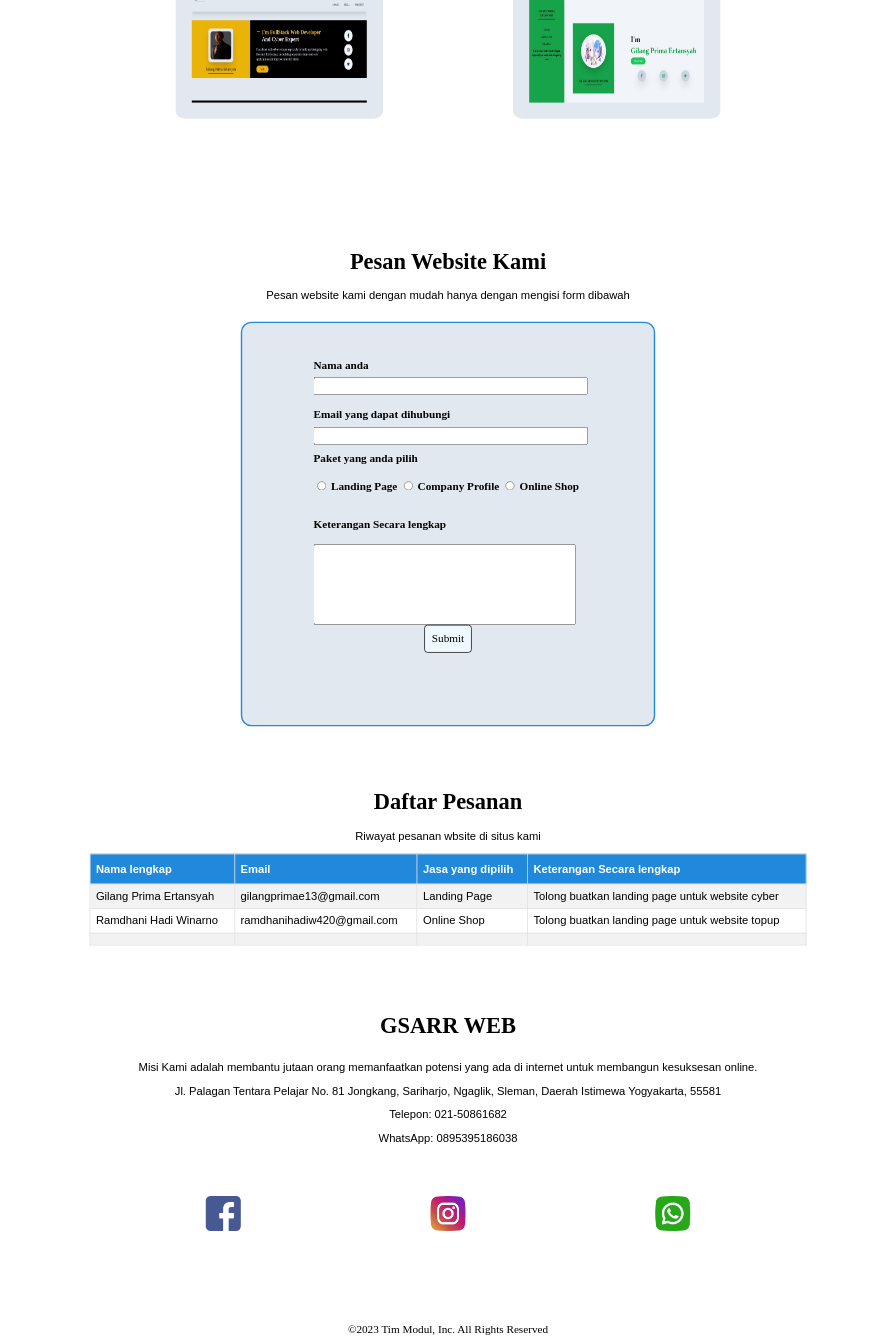
Repository: zecht12/TimModul
Page: TimModul.html
The author's editor kept a copy of each file at every save. The page is drawn from the files as they stood at one save, then again after a run of saves.
The browser window is 1280 px wide. The pictures show the part of the page from y = 2552 to 4472 px (the page is 4472 px tall before and 4378 px after), at 70% of full size.

Above is the page before, as saved 2023-04-27 19:21:55.

### TimModul.html
<!DOCTYPE html>
<html lang="en">
<head>
    <meta charset="UTF-8">
    <meta http-equiv="X-UA-Compatible" content="IE=edge">
    <meta name="viewport" content="width=device-width, initial-scale=1.0">
    <link rel="stylesheet" href="style.css">
    <script src="script.js"></script>
    <title>Jasa Coding</title>
</head>
<body>
    <div style="height: 80px; width: 100%; background-color: white;">
        <header>
            <img src="./assets/wallpaper.jpg" alt="Image" style="height: 50px; width: 50px; border-radius: 100%;" >
            <ul class="nav_links">
                <li><a href="#">Home</a></li>
                <li><a href="#Paket">Harga</a></li>
                <li><a href="#Produk">Produk</a></li>
                <li><a href="#Forms">Form</a></li>
                <li><a href="#Dokumen">Dokumen</a></li>
            </ul>
        </headers>
    </div>
    <div style="background-image: url(./assets/bg.jpg); background-size: cover; background-position: top; width: 100%; height: 120vh; background-repeat: no-repeat; background-position: center;">
        <div style="display: flex; justify-content: center; align-items: center; padding: 5%; width: auto; height: auto;">
            <div style="height: auto; width: 70%; display: flex ; justify-content: center; align-items: center;">
                <div>
                    <div style=" display: flex; justify-content: center; align-items: center;">
                        <p style="text-align: center; color: white; font-size: 50px; font-weight: bold; width: 80%;">Jasa Pembuatan Website untuk Segala Kebutuhan Anda!</p>
                    </div>
                    <div style=" display: flex; justify-content: center; align-items: center; ">
                        <p style="text-align: center; color: white; font-size: large; width: 80%; ">Ingin wujudkan website impian tanpa ribet? Kami siap membantu Anda! Tersedia layanan jasa pembuatan website murah dan berkualitas dengan fitur terlengkap!</p>
                    </div>
                    <div style=" display: flex; justify-content: space-evenly; align-items: center;">
                        <div style=" display: flex; justify-content: center; align-items: center; gap: 5px;">
                            <img src="./assets/check.png" alt="check" width="30px" height="30px">
                            <p style="text-align: center; color: white; font-size: medium;">Proses Cepat</p>
                        </div>
                        <div style=" display: flex; justify-content: center; align-items: center; gap: 5px;">
                            <img src="./assets/check.png" alt="check" width="30px" height="30px">
                            <p style="text-align: center; color: white; font-size: medium">Harga Terjangkau</p>
                        </div>
                        <div style=" display: flex; justify-content: center; align-items: center; gap: 5px;">
                            <img src="./assets/check.png" alt="check" width="30px" height="30px">
                            <p style="text-align: center; color: white; font-size: medium;">Website Profesional</p>
                        </div>
                    </div>
                    <div style=" display: flex; justify-content: center; align-items: center; width: auto; height: auto;">
                        <p style="text-align: center; color: white; font-size: xx-large; font-weight: bold;">GSARR WEB</p>
                    </div>
                    <div style=" display: flex; justify-content: center; align-items: center; width: auto; height: auto;">
                        <a class="button1" href="#Paket" style="width: 200px; height: 50px; display: flex; justify-content: center; align-items: center; border-radius: 15px; background: #fff; color: #000; border: 2px solid #fff; cursor: pointer;">
                            Lihat Penawaran
                        </a>
                    </div>
                </div>
            </div>
        </div>
    </div>
    <div class="Paket" id="Paket" style="width: 100%; height: 120vh;">
        <p style="text-align: center; font-size: xx-large; font-weight: bold;">Harga Paket Jasa Pembuatan Website</p>
        <p style="text-align: center; font-size: medium; font-weight: bold; ">Tak perlu biaya mahal, Niagaweb menghadirkan jasa pembuatan website dengan harga terjangkau, fitur terbaik, dan layanan support nomor satu!</p>
        <div style="padding-left: 5%; padding-right: 5%;padding-top: 2%;display: flex;justify-content: space-evenly; align-items: center;" >
            <div style="padding: 2%; background-color: #e8ebf0; border-radius: 5%; height: 600px; width: 300px;">
                <p style="color: rgb(49, 49, 49); font-weight: bold; font-size: larger;">Landing Page</p>
                <p style="color: gray; font-weight: bold; font-size: medium;">Mulai dari:</p>
                <p style="color: #2089dc; font-size: xx-large; font-weight: bold; margin: auto; padding-bottom: 4%;">Rp 750.000</p>
                <div style="display: flex; justify-content: center; align-items: center;">
                    <a class="button1" href="#Forms" style="width: 200px; height: 50px; display: flex; justify-content: center; align-items: center; border-radius: 15px; background: transparent; color: #2089dc; border: 2px solid #2089dc; cursor: pointer;">
                        Checkout
                    </a>
                </div>
                <p style="color: gray; font-weight: bold; font-size: medium;">Bangun landing page dengan desain profesional! Biaya website terjangkau dengan fitur terbaik cocok untuk memulai bisnis online Anda.</p>
                <div style=" display: flex; justify-content: start; align-items: center; gap: 2px;">
                    <img src="./assets/check.png" alt="check" width="20px" height="20px">
                    <p style="color: black; font-size: medium;">Gratis Hosting dan Domain</p>
                </div>
                <div style=" display: flex; justify-content: start; align-items: center; gap: 2px;">
                    <img src="./assets/check.png" alt="check" width="20px" height="20px">
                    <p style="color: black; font-size: medium;">30 Pilihan Tema</p>
                </div>
                <div style=" display: flex; justify-content: start; align-items: center; gap: 2px;">
                    <img src="./assets/check.png" alt="check" width="20px" height="20px">
                    <p style="color: black; font-size: medium;">Free Maintenance di Bulan Pertama</p>
                </div>
                <div style=" display: flex; justify-content: start; align-items: center; gap: 2px;">
                    <img src="./assets/check.png" alt="check" width="20px" height="20px">
                    <p style="color: black; font-size: medium;">SEO Friendly</p>
                </div>
                <div style=" display: flex; justify-content: start; align-items: center; gap: 2px;">
                    <img src="./assets/check.png" alt="check" width="20px" height="20px">
                    <p style="color: black; font-size: medium;">Desain Responsif</p>
                </div>
                <div style=" display: flex; justify-content: start; align-items: center; gap: 2px;">
                    <img src="./assets/check.png" alt="check" width="20px" height="20px">
                    <p style="color: black; font-size: medium;">Pengerjaan 7 Hari Kerja</p>
                </div>
            </div>
            <div style="padding: 2%; background-color: #e8ebf0; border-radius: 5%; height: 600px; width: 300px;">
                <p style="color: rgb(49, 49, 49); font-weight: bold; font-size: larger;">Company Profile</p>
                <p style="color: gray; font-weight: bold; font-size: medium;">Mulai dari:</p>
                <p style="color: #2089dc; font-size: xx-large; font-weight: bold; margin: auto; padding-bottom: 4%;">Rp 2.000.000</p>
                <div style="display: flex; justify-content: center; align-items: center;">
                    <a class="button1" href="#Forms" style="width: 200px; height: 50px; display: flex; justify-content: center; align-items: center; border-radius: 15px; background: transparent; color: #2089dc; border: 2px solid #2089dc; cursor: pointer;">
                        Checkout
                    </a>
                </div>
                <p style="color: gray; font-weight: bold; font-size: medium;">Jasa pembuatan website untuk perusahaan B2B seperti konsultan, distributor, dan manufaktur. Saatnya tampilkan kesan profesional untuk perusahaan Anda!</p>
                <div style=" display: flex; justify-content: start; align-items: center; gap: 2px;">
                    <img src="./assets/check.png" alt="check" width="20px" height="20px">
                    <p style="color: black; font-size: medium;">Free Unlimited Hosting</p>
                </div>
                <div style=" display: flex; justify-content: start; align-items: center; gap: 2px;">
                    <img src="./assets/check.png" alt="check" width="20px" height="20px">
                    <p style="color: black; font-size: medium;">Free Maintenance Setiap Bulan</p>
                </div>
                <div style=" display: flex; justify-content: start; align-items: center; gap: 2px;">
                    <img src="./assets/check.png" alt="check" width="20px" height="20px">
                    <p style="color: black; font-size: medium;">Gratis Setup 5 Konten / Artikel</p>
                </div>
                <div style=" display: flex; justify-content: start; align-items: center; gap: 2px;">
                    <img src="./assets/check.png" alt="check" width="20px" height="20px">
                    <p style="color: black; font-size: medium;">1 Halaman Awal</p>
                </div>
                <div style=" display: flex; justify-content: start; align-items: center; gap: 2px;">
                    <img src="./assets/check.png" alt="check" width="20px" height="20px">
                    <p style="color: black; font-size: medium;">1x Revisi Desain</p>
                </div>
                <div style=" display: flex; justify-content: start; align-items: center; gap: 2px;">
                    <img src="./assets/check.png" alt="check" width="20px" height="20px">
                    <p style="color: black; font-size: medium;">500+ Tema Pilihan</p>
                </div>
            </div>
            <div style="padding: 2%; background-color: #e8ebf0; border-radius: 5%; height: 600px; width: 300px;">
                <p style="color: rgb(49, 49, 49); font-weight: bold; font-size: larger;">Online Shop</p>
                <p style="color: gray; font-weight: bold; font-size: medium;">Mulai dari:</p>
                <p style="color: #2089dc; font-size: xx-large; font-weight: bold; margin: auto; padding-bottom: 4%;">Rp 2.900.000</p>
                <div style="display: flex; justify-content: center; align-items: center;">
                    <a class="button1" href="#Forms" style="width: 200px; height: 50px; display: flex; justify-content: center; align-items: center; border-radius: 15px; background: transparent; color: #2089dc; border: 2px solid #2089dc; cursor: pointer;">
                        Checkout
                    </a>
                </div>
                <p style="color: gray; font-weight: bold; font-size: medium;">Jasa website profesional yang direkomendasikan untuk bisnis atau UKM B2C seperti bisnis kuliner, properti, konveksi, travel, dll.</p>
                <div style=" display: flex; justify-content: start; align-items: center; gap: 2px;">
                    <img src="./assets/check.png" alt="check" width="20px" height="20px">
                    <p style="color: black; font-size: medium;">Gratis Setup5 Produk Unggulan</p>
                </div>
                <div style=" display: flex; justify-content: start; align-items: center; gap: 2px;">
                    <img src="./assets/check.png" alt="check" width="20px" height="20px">
                    <p style="color: black; font-size: medium;">Integrasi Marketplace / Instagram Shop</p>
                </div>
                <div style=" display: flex; justify-content: start; align-items: center; gap: 2px;">
                    <img src="./assets/check.png" alt="check" width="20px" height="20px">
                    <p style="color: black; font-size: medium;">Fitur Payment & Shipping</p>
                </div>
                <div style=" display: flex; justify-content: start; align-items: center; gap: 2px;">
                    <img src="./assets/check.png" alt="check" width="20px" height="20px">
                    <p style="color: black; font-size: medium;">5 Halaman Awal</p>
                </div>
                <div style=" display: flex; justify-content: start; align-items: center; gap: 2px;">
                    <img src="./assets/check.png" alt="check" width="20px" height="20px">
                    <p style="color: black; font-size: medium;">1x Revisi Desain</p>
                </div>
                <div style=" display: flex; justify-content: start; align-items: center; gap: 2px;">
                    <img src="./assets/check.png" alt="check" width="20px" height="20px">
                    <p style="color: black; font-size: medium;">500+ Tema Pilihan</p>
                </div>
            </div>
        </div>
    </div>
    <div id="Produk" style="width: 100%; height: 100vh; padding-top: 5%;">
        <h1 style="text-align: center; font-size: xx-large; font: bolder;">Banyak Pilihan Desain</h1>
        <p style="text-align: center; font: caption;">Pilih satu dari puluhan desain yang tersedia</p>
        <div class="produk" id="produk" >
            <a href="./JenisWeb/Web1.html" style="padding: 2%; background-color: #E2E8F0; border-radius: 5%; display: flex; justify-items: center; align-items: center;">
                <img src="./assets/web.jpeg" alt="Image" style="height: 150px; width: 250px;" >
            </a>
            <a href="./JenisWeb/Web2.html" style="padding: 2%; background-color: #E2E8F0; border-radius: 5%; display: flex; justify-items: center; align-items: center;">
                <img src="./assets/web1.jpeg" alt="Image" style="height: 150px; width: 250px;" >
            </a>
            <a href="./JenisWeb/Web3.html" style="padding: 2%; background-color: #E2E8F0; border-radius: 5%; display: flex; justify-items: center; align-items: center;">
                <img src="./assets/web2.jpg" alt="Image" style="height: 150px; width: 250px;" >
            </a>
        </div>
        <div class="produk1" id="produk1" >
            <a href="./JenisWeb/Web4.html" style="padding: 2%; background-color: #E2E8F0; border-radius: 5%; display: flex; justify-items: center; align-items: center;">
                <img src="./assets/web3.jpg" alt="Image" style="height: 150px; width: 250px;" >
            </a>
            <a href="./JenisWeb/Web5.html" style="padding: 2%; background-color: #E2E8F0; border-radius: 5%; display: flex; justify-items: center; align-items: center;">
                <img src="./assets/web4.jpg" alt="Image" style="height: 150px; width: 250px;" >
            </a>
            <a href="./JenisWeb/Web6.html" style="padding: 2%; background-color: #E2E8F0; border-radius: 5%; display: flex; justify-items: center; align-items: center;">
                <img src="./assets/web5.jpg" alt="Image" style="height: 150px; width: 250px;" >
            </a>
        </div>
        <div class="produk2" id="produk2" >
            <a href="./JenisWeb/Web7.html" style="padding: 2%; background-color: #E2E8F0; border-radius: 5%; display: flex; justify-items: center; align-items: center;">
                <img src="./assets/web6.jpg" alt="Image" style="height: 150px; width: 250px;" >
            </a>
            <a href="./JenisWeb/Web8.html" style="padding: 2%; background-color: #E2E8F0; border-radius: 5%; display: flex; justify-items: center; align-items: center;">
                <img src="./assets/web7.jpg" alt="Image" style="height: 150px; width: 250px;" >
            </a>
        </div>
    </div>
    <h1 style="margin-top: 22%; text-align: center;">Pesan Website Kami</h1>
    <p style="text-align: center; font: caption;">Pesan website kami dengan mudah hanya dengan mengisi form dibawah</p>
    <div style="min-width: 60%; height: auto;">
        <div id="Forms" class="forms" id="forms" >
            <form style=" padding-bottom: 8%; padding-left: 8%; padding-right: 8%; padding-top: 4%; border-radius: 15px; background-color: #E2E8F0; color: #2089dc; border: 2px solid #2089dc;">
                <div class="Formnama">
                    <label for="Nama" class="Labelnama">Nama anda</label><br>
                    <input type="text" id="Nama" name="Nama" class="Nama">
                </div>

                <div class="Formemail">
                    <label for="Email" class="Labelemail">Email yang dapat dihubungi</label>
                    <input type="text" id="Email" name="Email" class="Email">
                </div>

                <p for="Pilihan" class="Pilihan">Paket yang anda pilih</p>
                <div style="padding-bottom: 5%;" id="Paket" >
                    <input type="radio" id="Landing_Page" name="Landing_Page" value="Landing_Page">
                    <label for="FrontEnd">Landing Page</label>

                    <input type="radio" id="Company_Profile" name="Company_Profile" value="Company_Profile">
                    <label for="BackEnd">Company Profile</label>

                    <input type="radio" id="Online_Shop" name="Online_Shop" value="Online_Shop">
                    <label for="FullStack">Online Shop</label><br>
                </div>

                <div>
                    <p style="color: black; font-weight: bold; padding-bottom: 1%;">Keterangan Secara lengkap</p>
                    <input type="text" id="Keterangan" name="Keterangan" class="Keterangan" style="padding-top: 10%; padding-bottom: 15%; padding-right: 50%; ">
                </div>

                <div style="display: flex; justify-content: center; align-items: center;">
                    <input type="submit" value="Submit" class="Button">
                </div>
            </form>
        </div>
    </div>
    <h1 style="margin-top: 2%; text-align: center;">Daftar Pesanan</h1>
    <p style="text-align: center; font: caption;">Riwayat pesanan wbsite di situs kami</p>
    <div id="Dokumen" style="display: flex; justify-content: center; align-items: center; width: 100%;">
        <table id="customers">
            <tr>
                <th>Nama lengkap</th>
                <th>Email</th>
                <th>Jasa yang dipilih</th>
                <th>Keterangan Secara lengkap</th>
            </tr>
            <tr>
                <td>Gilang Prima Ertansyah</td>
                <td>gilangprimae13@gmail.com</td>
                <td>Landing Page</td>
                <td>Tolong buatkan landing page untuk website cyber</td>
            </tr>
            <tr>
                <td>Ramdhani Hadi Winarno</td>
                <td>ramdhanihadiw420@gmail.com</td>
                <td>Online Shop</td>
                <td>Tolong buatkan landing page untuk website topup</td>
            </tr>
            <tr>
                <td id="p1"></td>
                <td id="p2"></td>
                <td></td>
                <td id="p4"></td>
            </tr>
        </table>
    </div>
    <div style="height: 70vh; width: 100%; background-color: white; margin: auto; justify-content: center; align-items: center;">
        <div style="padding: 5%;">
            <p style="text-align: center; color: black; font-size: xx-large; font-weight: bold;">GSARR WEB</p>
            <p style="text-align: center; font: caption;">Misi Kami adalah membantu jutaan orang memanfaatkan potensi yang ada di internet untuk membangun kesuksesan online.</p>
            <p style="text-align: center; font: caption;">Jl. Palagan Tentara Pelajar No. 81 Jongkang, Sariharjo, Ngaglik, Sleman, Daerah Istimewa Yogyakarta, 55581</p>
            <div>
                <p style="text-align: center; font: caption;">Telepon: 021-50861682</p>
                <p style="text-align: center; font: caption;">WhatsApp: 0895395186038</p>
            </div>
            <div class="Social" style="display: flex; align-items: center; justify-content: space-between; background-color: transparent; gap: 20px; padding-left: 20%; padding-right: 20%; padding-top: 5%; ">
                <a href="" style="background-color: #fff;">
                    <img src="/assets/facebook.png" alt="FB" width="50px" height="50px">
                </a>
                <a href="">
                    <img src="/assets/instagram.png" alt="FB" width="50px" height="50px">
                </a>
                <a href="">
                    <img src="/assets/whatsapp.png" alt="FB" width="50px" height="50px">
                </a>
            </div>
        </div>
    </div>
    <div style="height: 50px; width: 100%; background-color: white; margin: auto; justify-content: center; align-items: center;">
        <p style="color: black; text-align: center; padding-top: 20px;">&copy;2023 Tim Modul, Inc. All Rights Reserved</p>
    </div>
</body>
</html>

Loaded but not shown: script.js (9 lines, source omitted); style.css (140 lines, source omitted)

After the next 2 saves:
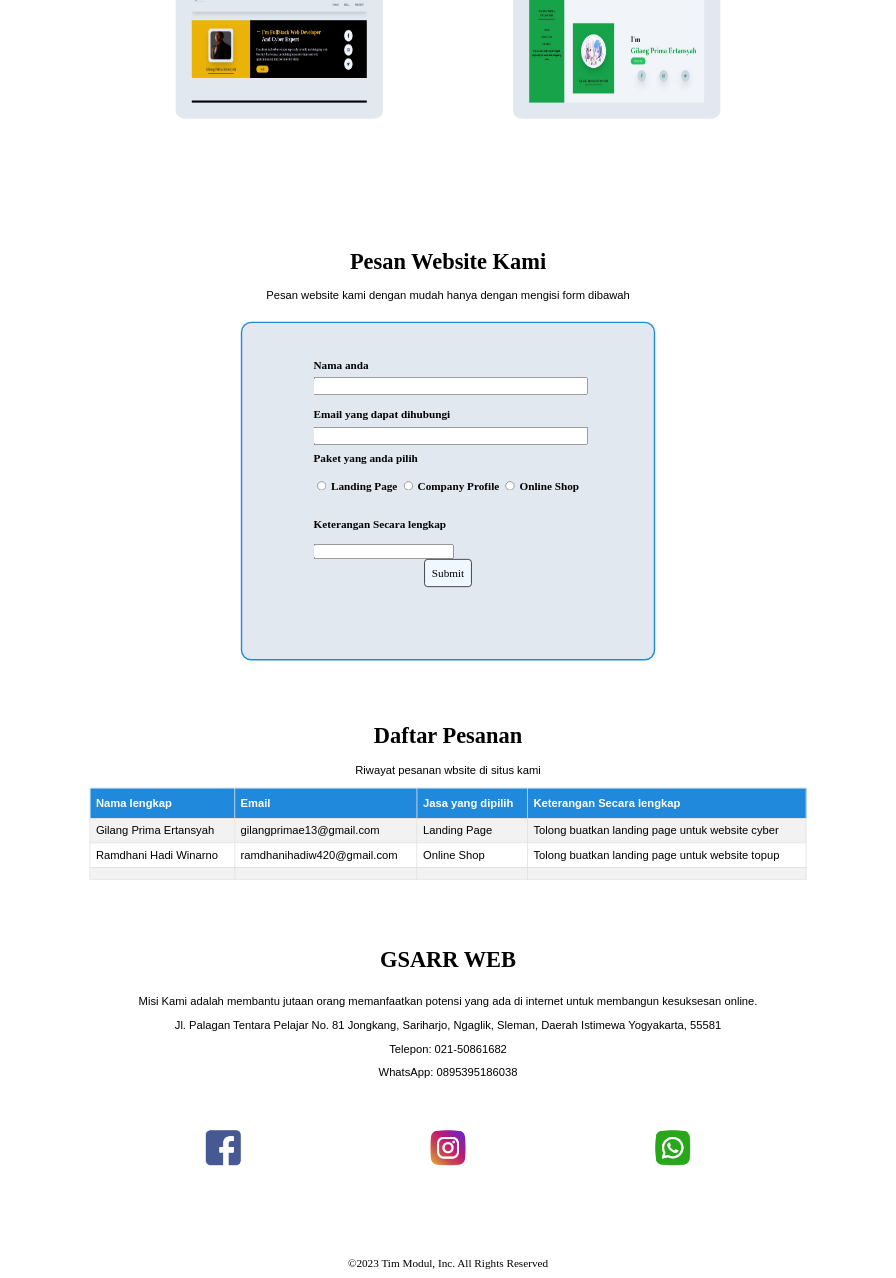
The 2 saves are shown as one change because they came seconds apart.
The last was saved 18 s later.
--- a/TimModul.html
+++ b/TimModul.html
@@ -231,7 +231,7 @@
 
                 <div>
                     <p style="color: black; font-weight: bold; padding-bottom: 1%;">Keterangan Secara lengkap</p>
-                    <input type="text" id="Keterangan" name="Keterangan" class="Keterangan" style="padding-top: 10%; padding-bottom: 15%; padding-right: 50%; ">
+                    <input type="text" id="Keterangan" name="Keterangan" class="Keterangan" style="width: 50%; ">
                 </div>
 
                 <div style="display: flex; justify-content: center; align-items: center;">
